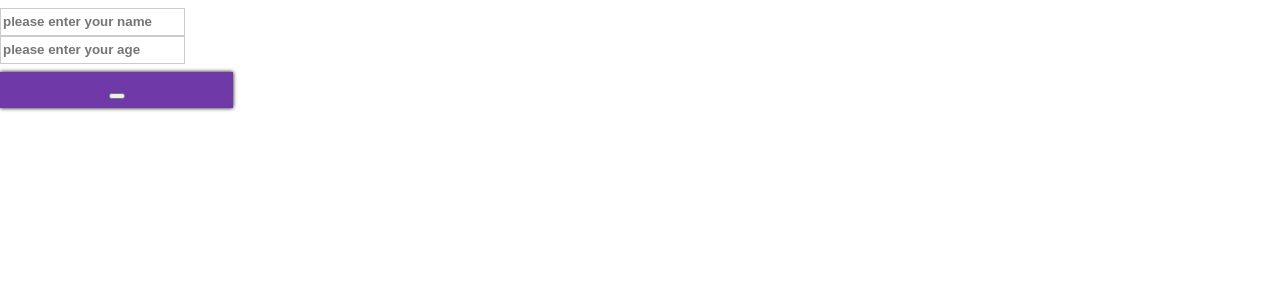
Repository: NamalPathirana/section-eight
Page: /
An editor plug-in stored every save of this project. The page is shown before and after the next save, followed by the edit.
The browser window is 1280 px wide. The pictures show the whole page.
The project was rebuilt for these pictures with package versions that can differ from the ones it lists, and the page was loaded fresh each time.

Above is the page before, as saved 2021-11-25 21:36:53.

### src/App.js
import logo from './logo.svg';
import './App.css';
import UserInput from './Components/UserInput/UserInput';

function App() {
  return (
    <div className="App">
      <UserInput></UserInput>
    </div>
  );
}

export default App;

### src/App.css
.App {
  text-align: center;
  display: flex;
  flex-direction: row;
}

### src/Components/UserInput/UserInput.js
import Button from '../../UI/Button/Button';
import styles from './UserInput.module.css'

const UserInput = () => {
    return (
        <form>
        <div className={styles.frame}>
            <input placeholder='please enter your name'/>
            <input placeholder='please enter your age'/>
        </div>
        <Button name='Add User'></Button>
        </form>
    );
};

export default UserInput;

### src/UI/Button/Button.js
import styles from './Button.module.css'

const Button = (props) => {

    return(
        <div className={styles.button} >
            <button value={props.name}/>
        </div>
    )
}

export default Button;

### src/Components/UserInput/UserInput.module.css
.frame{
    margin: 0.5rem 0;
}

.frame input{
    display: block;
    font-weight: bold;
    border: 1px solid #ccc;
    line-height: 1.5rem;
    padding: 100 0.25rm;
}

### src/UI/Button/Button.module.css
.button{
    font: inherit;
    padding: 0.5rem 1.5rem;
    background-color: rgb(112, 57, 168);
    color:white;
    box-shadow: 0 0 4px black;
    cursor: pointer;
    width: 100%;
}

.button:focus{
    outline: none;
}

.button:hover,.button:active{
    background-color: rgb(185, 140, 231);
    border-color: rgb(185, 140, 231);
    box-shadow: 0 0 8px black;
}

Loaded but not shown: public/index.html (common file); src/index.js (common file); src/index.css (common file); src/reportWebVitals.js (common file)

After the next save:
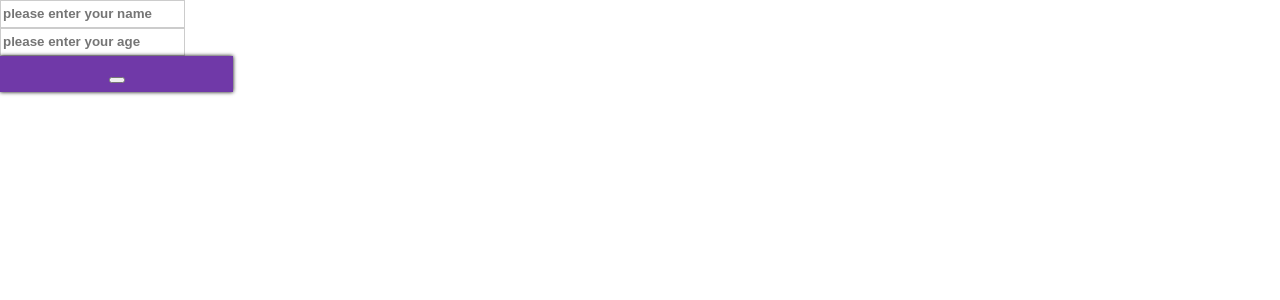
Saved 76 s later.
--- a/src/Components/UserInput/UserInput.module.css
+++ b/src/Components/UserInput/UserInput.module.css
@@ -1,5 +1,5 @@
 .frame{
-    margin: 0.5rem 0;
+
 }
 
 .frame input{

After the save that followed:
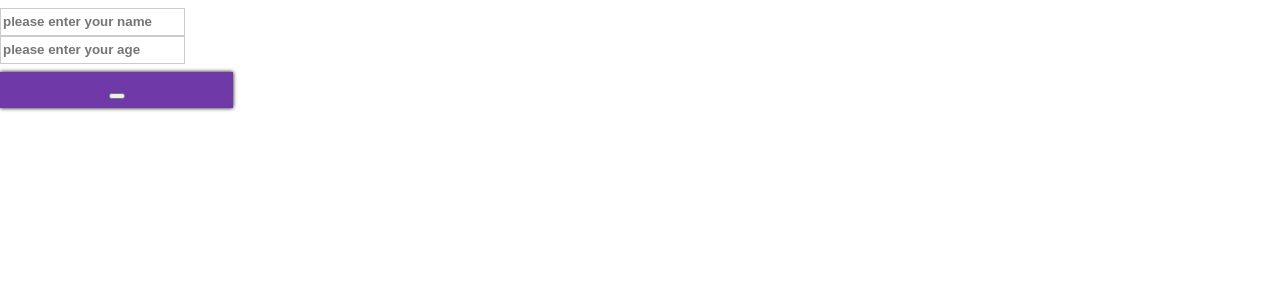
Saved 27 s later.
--- a/src/Components/UserInput/UserInput.module.css
+++ b/src/Components/UserInput/UserInput.module.css
@@ -1,5 +1,6 @@
 .frame{
-
+    margin: 0.5rem 0;
+    background-color: blanchedalmond;
 }
 
 .frame input{
